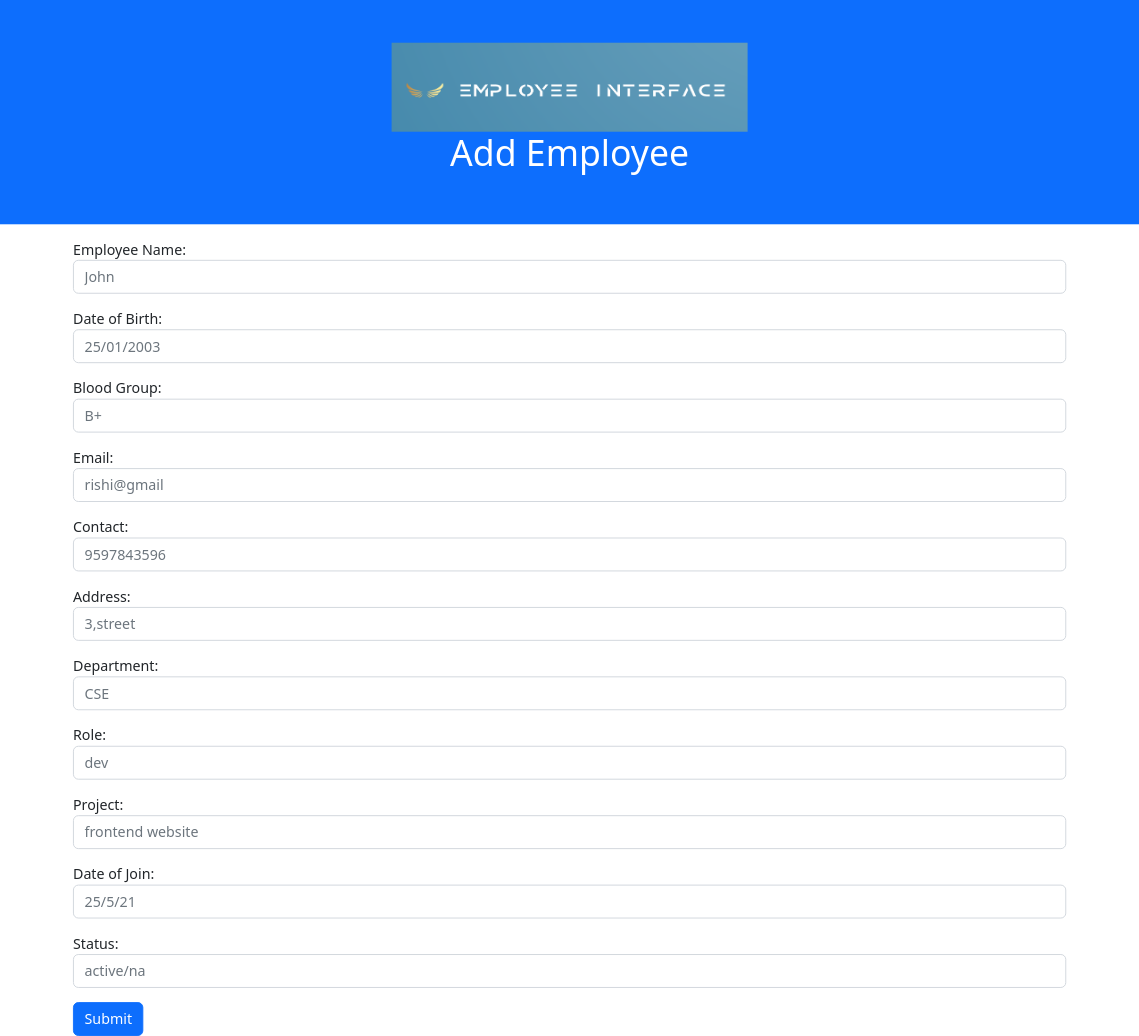
Repository: Rishicollinz/Java_Fullstack
Page: Eclipse 2/jspproject/src/main/webapp/add/add.html
An editor plug-in stored every save of this project. The page is shown before and after the next save, followed by the edit.
The browser window is 1280 px wide. The pictures show the whole page, at 89% of full size.

Above is the page before, as saved 2023-05-19 09:56:41.

### Eclipse 2/jspproject/src/main/webapp/add/add.html
<!DOCTYPE html>
<html>
<head>
<meta charset="UTF-8">
<title>Add Employees</title>

<link href="https://cdn.jsdelivr.net/npm/bootstrap@5.2.3/dist/css/bootstrap.min.css" rel="stylesheet">
<script src="https://cdn.jsdelivr.net/npm/bootstrap@5.2.3/dist/js/bootstrap.bundle.min.js"></script>

</head>
<body>

<div class="container-fluid p-5 bg-primary text-white text-center">
<a href="../index.html"><img src="../img\employeelogo.png" alt="Company logo" width="400" height="100"></a>
  <h1>Add Employee</h1>
</div>

<div class="container mt-3">
  <form action="add.jsp" method="post">
    <div class="mb-3 mt-3">
      <label for="empName">Employee Name:</label>
      <input type="text" class="form-control"  placeholder="John" name="empName" required>
    </div>
    <div class="mb-3 mt-3">
      <label for="dob">Date of Birth:</label>
      <input type="text" class="form-control"  placeholder="25/01/2003" name="dob" required>
    </div>
    <div class="mb-3 mt-3">
      <label for="bloodgrp">Blood Group:</label>
      <input type="text" class="form-control"  placeholder="B+" name="bloodgrp" required>
    </div>
    <div class="mb-3 mt-3">
      <label for="email">Email:</label>
      <input type="text" class="form-control"  placeholder="rishi@gmail" name="email" required>
    </div>
    <div class="mb-3 mt-3">
      <label for="contact">Contact:</label>
      <input type="text" class="form-control"  placeholder="9597843596" name="contact" required>
    </div>
    <div class="mb-3 mt-3">
      <label for="address">Address:</label>
      <input type="text" class="form-control"  placeholder="3,street" name="address" required>
    </div>
    <div class="mb-3 mt-3">
      <label for="deptName">Department:</label>
      <input type="text" class="form-control"  placeholder="CSE" name="deptName" required>
    </div>
    <div class="mb-3 mt-3">
      <label for="role">Role:</label>
      <input type="text" class="form-control"  placeholder="dev" name="role" required>
    </div>
    <div class="mb-3 mt-3">
      <label for="proj">Project:</label>
      <input type="text" class="form-control"  placeholder="frontend website" name="proj" required>
    </div>
    <div class="mb-3 mt-3">
      <label for="doj">Date of Join:</label>
      <input type="text" class="form-control"  placeholder="25/5/21" name="doj" required>
    </div>
    <div class="mb-3 mt-3">
      <label for="status">Status:</label>
      <input type="text" class="form-control"  placeholder="active/na" name="status" required>
    </div>

    <button type="submit" class="btn btn-primary">Submit</button>
  </form>
</div>


</body>
</html>

After the next save:
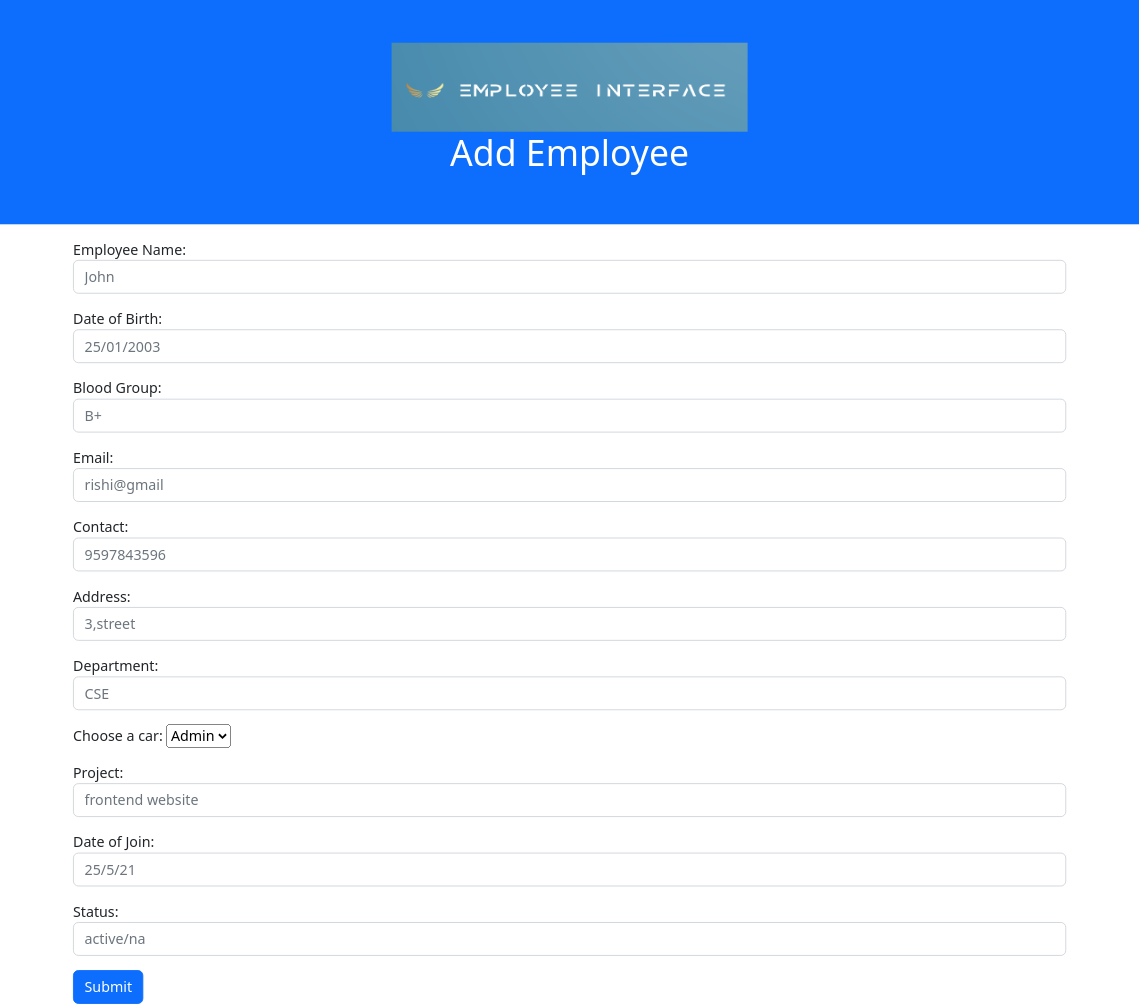
Saved 13 min 37 s later.
--- a/Eclipse 2/jspproject/src/main/webapp/add/add.html
+++ b/Eclipse 2/jspproject/src/main/webapp/add/add.html
@@ -45,10 +45,17 @@
       <label for="deptName">Department:</label>
       <input type="text" class="form-control"  placeholder="CSE" name="deptName" required>
     </div>
-    <div class="mb-3 mt-3">
+    <!--  <div class="mb-3 mt-3">
       <label for="role">Role:</label>
       <input type="text" class="form-control"  placeholder="dev" name="role" required>
-    </div>
+    </div>-->
+    <div class="mb-3 mt-3">
+    	<label for="role">Choose a car:</label>
+  		<select name="role" id="role">
+		    <option value="admin">Admin</option>
+		    <option value="user">User</option>
+  		</select>
+  	</div>
     <div class="mb-3 mt-3">
       <label for="proj">Project:</label>
       <input type="text" class="form-control"  placeholder="frontend website" name="proj" required>
